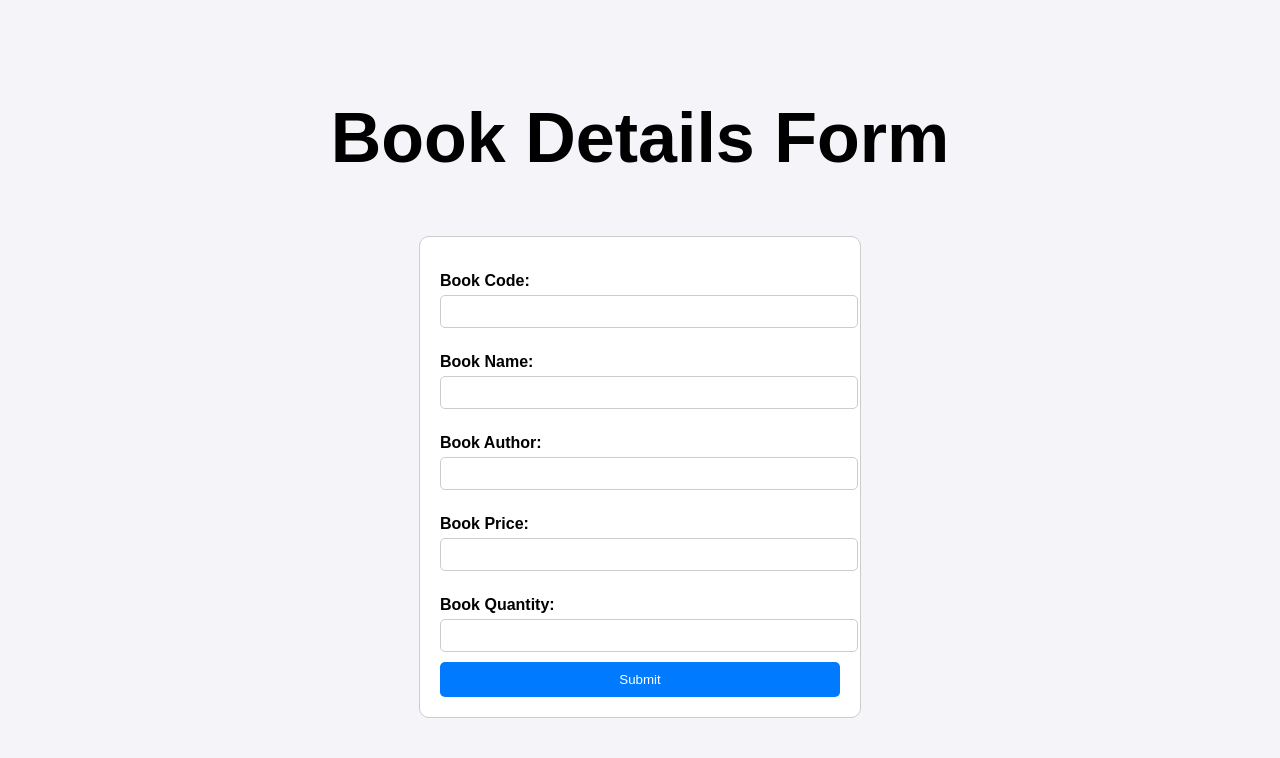
Repository: GokulLade/WebApps_with_Servlets_JSP
Page: 02_ReadDisplayBookDetails/src/main/webapp/index.html
The author's editor kept a copy of each file at every save. The page is drawn from the files as they stood at one save, then again after the next save.
The browser window is 1280 px wide. The pictures show the whole page.

Above is the page before, as saved 2024-11-30 11:05:18.

### 02_ReadDisplayBookDetails/src/main/webapp/index.html
<!DOCTYPE html>
<html lang="en">
<head>
    <meta charset="UTF-8">
    <meta name="viewport" content="width=device-width, initial-scale=1.0">
    <title>Book Details Form</title>
    <style>
        body {
            font-family: Arial, sans-serif;
            margin: 20px;
            padding: 20px;
            background-color: #f4f4f9;
        }
        h2{
        	display: flex;
        	justify-content: center;
        	color:black;
        	font-size: 70px;
        }
        form {
            max-width: 400px;
            margin: auto;
            padding: 20px;
            border: 1px solid #ccc;
            border-radius: 10px;
            background: #fff;
        }
        label {
            font-weight: bold;
            display: block;
            margin-top: 15px;
        }
        input[type="text"], input[type="number"] {
            width: 100%;
            padding: 8px;
            margin-top: 5px;
            margin-bottom: 10px;
            border: 1px solid #ccc;
            border-radius: 5px;
        }
        input[type="submit"] {
            background-color: #007BFF;
            color: #fff;
            padding: 10px;
            border: none;
            border-radius: 5px;
            cursor: pointer;
            width: 100%;
        }
        input[type="submit"]:hover {
            background-color: #0056b3;
        }
    </style>
</head>
<body>
    <h2>Book Details Form</h2>
    <form action="display" method="POST">
        <label for="bcode">Book Code: </label>
        <input type="number" id="bcode" name="bcode" required>

        <label for="bname">Book Name: </label>
        <input type="text" id="bname" name="bname" maxlength="10" required>

        <label for="bauthor">Book Author: </label>
        <input type="text" id="bauthor" name="bauthor" maxlength="10" required>

        <label for="bprice">Book Price: </label>
        <input type="number" id="bprice" name="bprice" step="0.01" required>

        <label for="bqty">Book Quantity: </label>
        <input type="number" id="bqty" name="bqty" required>

        <input type="submit" value="Submit">
    </form>
</body>
</html>

After the next save:
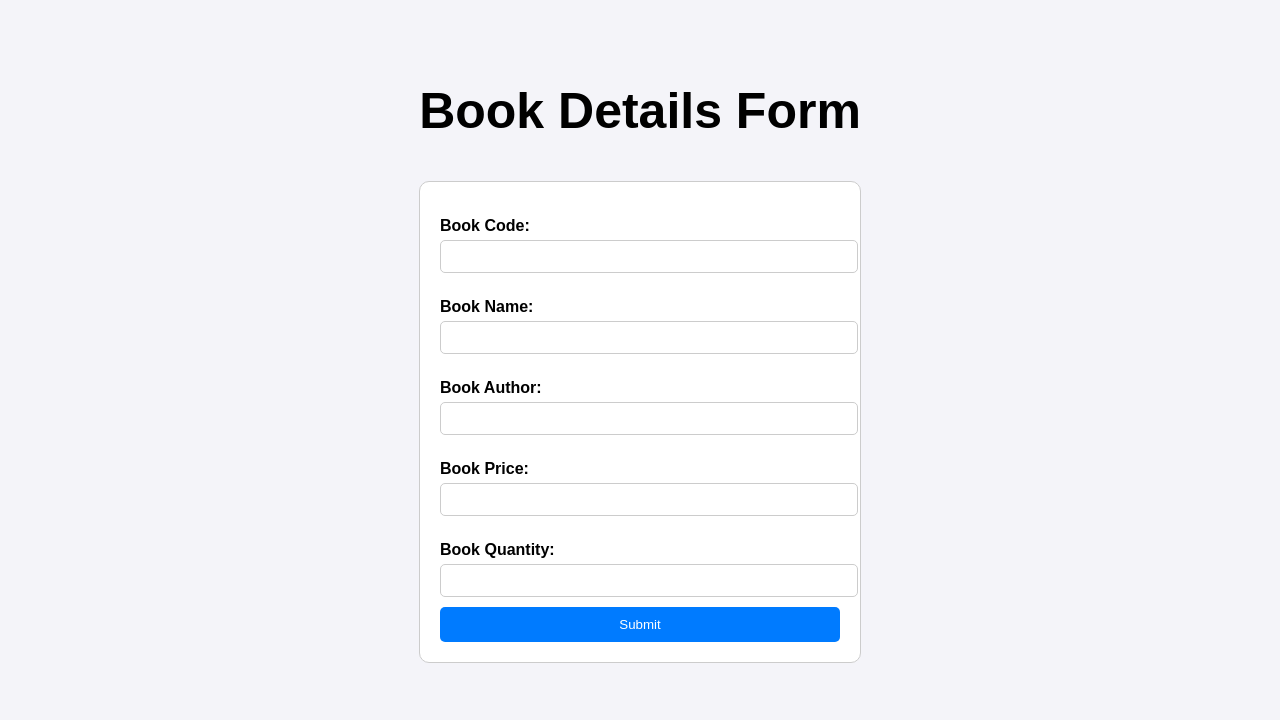
Saved 4 s later.
--- a/02_ReadDisplayBookDetails/src/main/webapp/index.html
+++ b/02_ReadDisplayBookDetails/src/main/webapp/index.html
@@ -15,7 +15,7 @@
         	display: flex;
         	justify-content: center;
         	color:black;
-        	font-size: 70px;
+        	font-size: 50px;
         }
         form {
             max-width: 400px;
